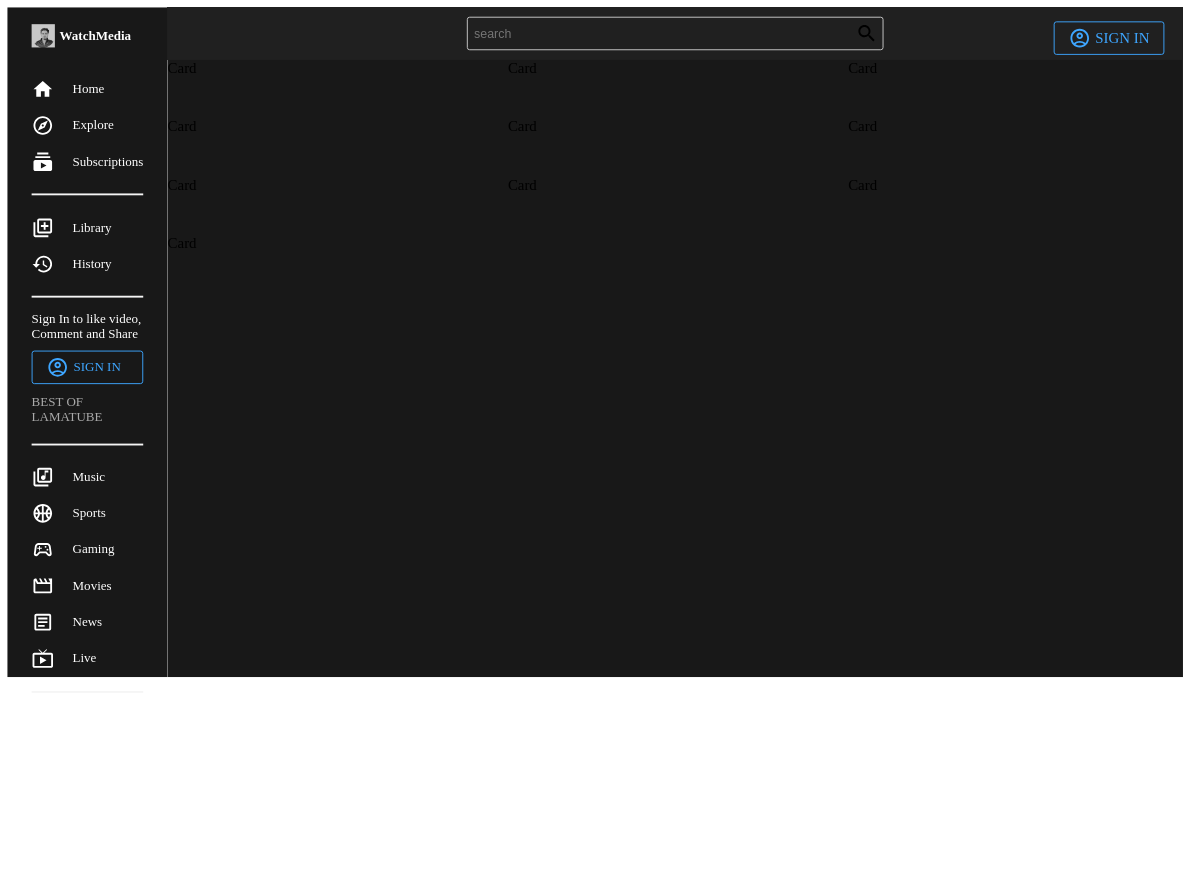
Repository: inzamamahmad3/final-year-project-skeleton
Page: /
An editor plug-in stored every save of this project. The page is shown before and after the next save, followed by the edit.
The browser window is 1280 px wide. The pictures show the whole page, at 93% of full size.
The project was rebuilt for these pictures with package versions that can differ from the ones it lists, and the page was loaded fresh each time. Also part of the build but not shown: src/pages/Video.jsx.

Above is the page before, as saved 2023-07-20 12:41:00.

### src/App.js
import styled, { ThemeProvider } from "styled-components";
import Menu from "./components/Menu";
import Navbar from "./components/Navbar";
import { darkTheme, lightTheme } from "./utils/Theme";
import { useState } from "react";
import { BrowserRouter, Routes, Route } from "react-router-dom";
import Home from "./pages/Home";
import Video from "./pages/Video";

const Container = styled.div`
  display: flex;
`;
const Main = styled.div`
  flex: 7;
  background-color: ${({ theme }) => theme.bg};
`;
const Wrapper = styled.div``;

function App() {
  const [darkMode, setDarkMode] = useState(true);
  return (
    <>
      <ThemeProvider theme={darkMode ? darkTheme : lightTheme}>
        <Container>
          <BrowserRouter>
            <Menu darkMode={darkMode} setDarkMode={setDarkMode} />
            <Main>
              <Navbar />
              <Wrapper>
                <Routes>
                  <Route path="/">
                    <Route index element={<Home />} />
                    <Route path="video">
                      <Route path=":id" element={<Video />} />
                    </Route>
                  </Route>
                </Routes>
              </Wrapper>
            </Main>
          </BrowserRouter>
        </Container>
      </ThemeProvider>
    </>
  );
}

export default App;

### src/components/Menu.jsx
import React from "react";
import styled from "styled-components";
import watch from "../img/pic.png";
import HomeIcon from "@mui/icons-material/Home";
import ExploreOutlinedIcon from "@mui/icons-material/ExploreOutlined";
import SubscriptionsIcon from "@mui/icons-material/Subscriptions";
import LibraryAddOutlinedIcon from "@mui/icons-material/LibraryAddOutlined";
import HistoryOutlinedIcon from "@mui/icons-material/HistoryOutlined";
import LibraryMusicOutlinedIcon from "@mui/icons-material/LibraryMusicOutlined";
import SportsEsportsOutlinedIcon from "@mui/icons-material/SportsEsportsOutlined";
import SportsBasketballOutlinedIcon from "@mui/icons-material/SportsBasketballOutlined";
import MovieOutlinedIcon from "@mui/icons-material/MovieOutlined";
import ArticleOutlinedIcon from "@mui/icons-material/ArticleOutlined";
import LiveTvOutlinedIcon from "@mui/icons-material/LiveTvOutlined";
import AccountCircleOutlinedIcon from "@mui/icons-material/AccountCircleOutlined";
import SettingsOutlinedIcon from "@mui/icons-material/SettingsOutlined";
import FlagOutlinedIcon from "@mui/icons-material/FlagOutlined";
import HelpOutlineOutlinedIcon from "@mui/icons-material/HelpOutlineOutlined";
import SettingsBrightnessOutlinedIcon from "@mui/icons-material/SettingsBrightnessOutlined";
import { Link } from "react-router-dom";

const Container = styled.div`
  flex: 1;
  background-color: ${({ theme }) => theme.bg};
  height: 100vh;
  color: ${({ theme }) => theme.text};
  font-size: 14px;
  position: sticky;
  top: 0;
`;

const Wrapper = styled.div`
  padding: 18px 26px;
`;

const Logo = styled.div`
  display: flex;
  align-items: center;
  gap: 5px;
  font-weight: bold;
  margin-bottom: 25px;
`;

const Item = styled.div`
  display: flex;
  align-items: center;
  gap: 20px;
  cursor: pointer;
  padding: 7.5px 0px;
`;

const Img = styled.img`
  height: 25px;
`;

const Hr = styled.hr`
  margin: 15px 0px;
  border: 0.5px solid ${({ theme }) => theme.soft};
`;

const Login = styled.div``;
const Button = styled.div`
  padding: 5px 15px;
  background-color: transparent;
  border: 1px solid #3ea6ff;
  color: #3ea6ff;
  border-radius: 3px;
  font-weight: 500;
  margin-top: 10px;
  cursor: pointer;
  display: flex;
  align-items: center;
  gap: 5px;
`;

const Title = styled.h2`
  font-size: 14px;
  font-weight: 500;
  color: #aaaaaa;
  margin-bottom: 20px;
`;

function Menu({ darkMode, setDarkMode }) {
  return (
    <Container>
      <Wrapper>
        <Logo>
          <Img src={watch} />
          WatchMedia
        </Logo>
        <Item>
          <HomeIcon />
          Home
        </Item>
        <Item>
          <ExploreOutlinedIcon />
          Explore
        </Item>
        <Item>
          <SubscriptionsIcon />
          Subscriptions
        </Item>
        <Hr />
        <Item>
          <LibraryAddOutlinedIcon />
          Library
        </Item>
        <Item>
          <HistoryOutlinedIcon />
          History
        </Item>
        <Hr />
        <Login>
          Sign In to like video, Comment and Share
          <Button>
            <AccountCircleOutlinedIcon /> SIGN IN
          </Button>
        </Login>
        <Title>BEST OF LAMATUBE</Title>
        <Hr />
        <Item>
          <LibraryMusicOutlinedIcon />
          Music
        </Item>
        <Item>
          <SportsBasketballOutlinedIcon />
          Sports
        </Item>
        <Item>
          <SportsEsportsOutlinedIcon />
          Gaming
        </Item>
        <Item>
          <MovieOutlinedIcon />
          Movies
        </Item>
        <Item>
          <ArticleOutlinedIcon />
          News
        </Item>
        <Item>
          <LiveTvOutlinedIcon />
          Live
        </Item>
        <Hr />
        <Item>
          <SettingsOutlinedIcon />
          Settings
        </Item>
        <Item>
          <FlagOutlinedIcon />
          Report
        </Item>
        <Item>
          <HelpOutlineOutlinedIcon />
          Help
        </Item>
        <Item onClick={() => setDarkMode(!darkMode)}>
          <SettingsBrightnessOutlinedIcon />
          Light Mode
        </Item>
      </Wrapper>
    </Container>
  );
}

export default Menu;

### src/components/Navbar.jsx
import React from "react";
import styled from "styled-components";
import AccountCircleOutlinedIcon from "@mui/icons-material/AccountCircleOutlined";
import { SearchOutlined } from "@mui/icons-material";

const Container = styled.div`
  position: sticky;
  top: 0;
  background-color: ${({ theme }) => theme.bgLighter};
  height: 56px;
`;
const Wrapper = styled.div`
  display: flex;
  align-items: center;
  justify-content: flex-end;
  height: 100%;
  padding: 0px 20px;
  position: relative;
`;

const Search = styled.div`
  width: 40%;
  position: absolute;
  left: 0px;
  right: 0px;
  margin: auto;
  display: flex;
  align-items: center;
  justify-content: space-between;
  padding: 5px;
  border: 1px solid #ccc;
  border-radius: 3px;
`;

const Input = styled.input`
  border: none;
  background-color: transparent;
  outline: none;
  color: ${({ theme }) => theme.text};
`;

const Button = styled.div`
  padding: 5px 15px;
  background-color: transparent;
  border: 1px solid #3ea6ff;
  color: #3ea6ff;
  border-radius: 3px;
  font-weight: 500;
  margin-top: 10px;
  cursor: pointer;
  display: flex;
  align-items: center;
  gap: 5px;
`;

const Navbar = () => {
  return (
    <Container>
      <Wrapper>
        <Search>
          <Input placeholder="search" />
          <SearchOutlined />
        </Search>
        <Button>
          <AccountCircleOutlinedIcon /> SIGN IN
        </Button>
      </Wrapper>
    </Container>
  );
};

export default Navbar;

### src/utils/Theme.js
export const darkTheme = {
  bg: "#181818",
  bgLighter: "#202020",
  text: "white",
  textSoft: "#aaaaaa",
  soft: "#f5f5f5",
};
export const lightTheme = {
  bg: "#f9f9f9",
  bgLighter: "white",
  text: "black",
  textSoft: "#606060",
  soft: "#373737",
};

### src/pages/Home.jsx
import React from "react";
import styled from "styled-components";
import Card from "../components/Card";

const Container = styled.div`
  display: flex;
  justify-content: space-between;
  flex-wrap: wrap;
`;

const Home = () => {
  return (
    <Container>
      <Card />
      <Card />
      <Card />
      <Card />
      <Card />
      <Card />
      <Card />
      <Card />
      <Card />
      <Card />
    </Container>
  );
};

export default Home;

### src/components/Card.jsx
import React from "react";
import styled from "styled-components";

const Container = styled.div`
  width: 360px;
  margin-bottom: 45px;
  cursor: pointer;
`;

const Image = styled.img`
  width: 100%;
  height: 202px;
  border-color: #999;
  cursor: pointer;
`;

const Card = () => {
  return <Container>Card</Container>;
};

export default Card;

Loaded but not shown: public/index.html (common file); src/index.js (common file)

After the next save:
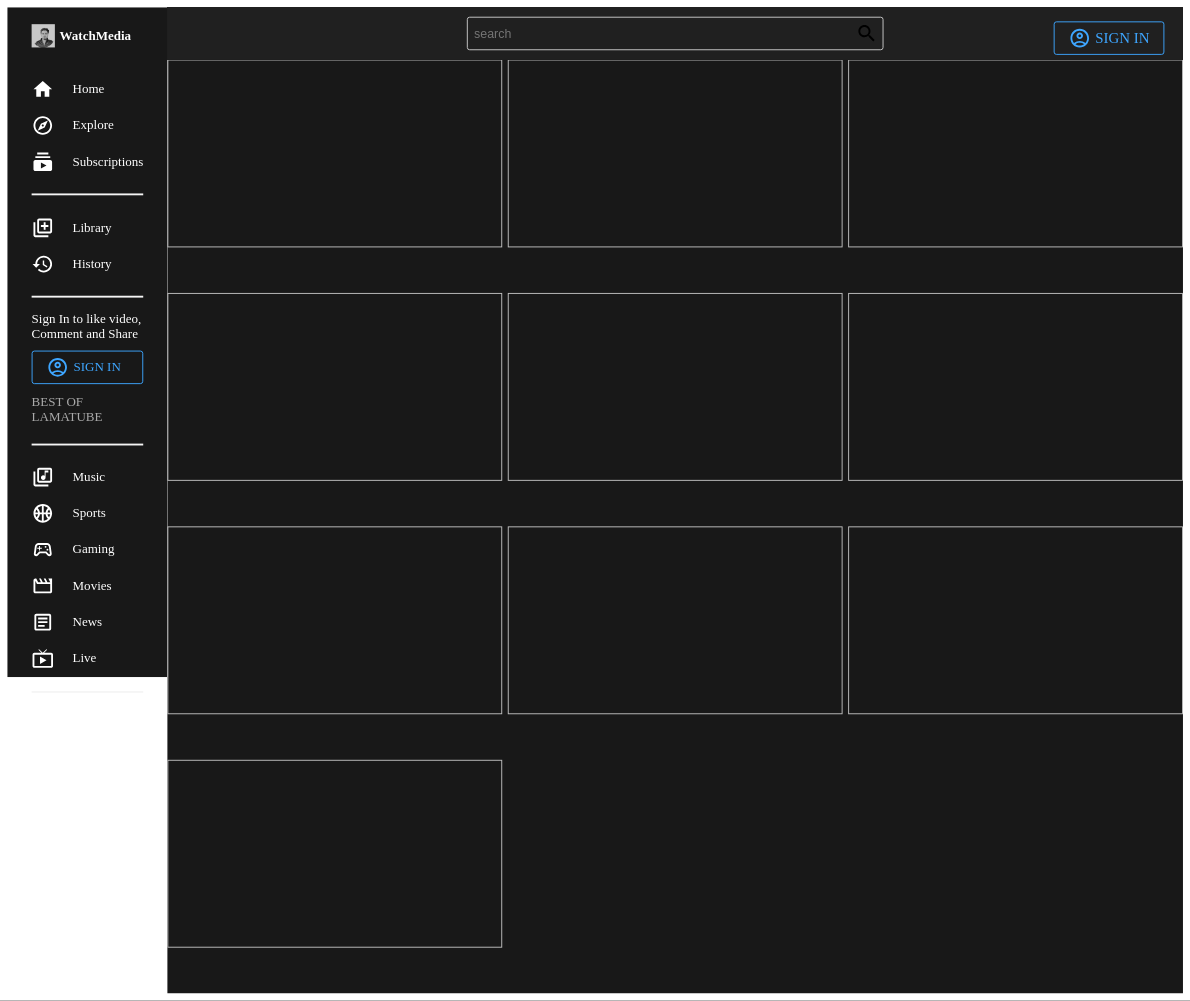
Saved 47 s later.
--- a/src/components/Card.jsx
+++ b/src/components/Card.jsx
@@ -15,7 +15,11 @@ const Image = styled.img`
 `;
 
 const Card = () => {
-  return <Container>Card</Container>;
+  return (
+    <Container>
+      <Image />
+    </Container>
+  );
 };
 
 export default Card;
